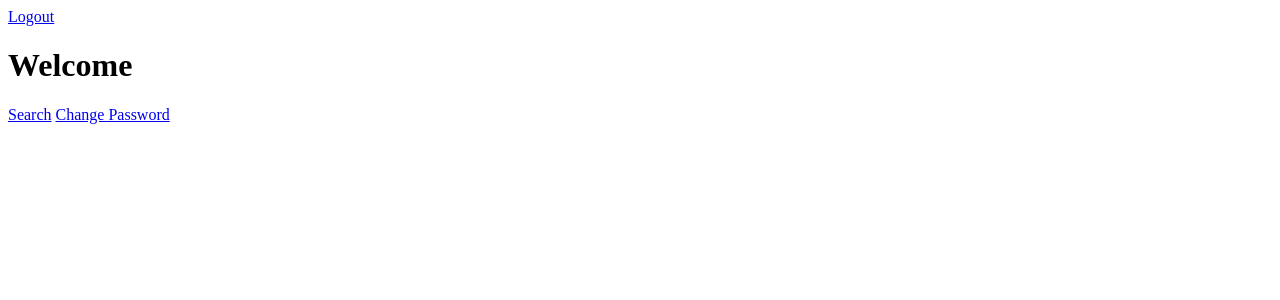
Repository: abhinavk718/servlet-project
Page: http://localhost/empwebapp/home.jsp
The author's editor kept a copy of each file at every save. The page is drawn from the files as they stood at one save, then again after the next save.
The browser window is 1280 px wide. The pictures show the whole page.
The page is served by Tomcat 9. Other server files are loaded and not shown.

Above is the page before, as saved 2019-11-18 11:57:59.

### empwebapp/WebContent/home.jsp
<%@ page language="java" contentType="text/html; charset=ISO-8859-1"
    pageEncoding="ISO-8859-1"%>
    <jsp:useBean id="info" class="com.empwebapp.dto.EmployeeInfo" scope="session"></jsp:useBean>
<!DOCTYPE html>
<html>
<head>
<meta charset="ISO-8859-1">
<title>Insert title here</title>
</head>
<body>
    <a href='./logout'>Logout</a>
    <h1>Welcome</h1>
    <a href='./search.html'>Search</a>
    <a href='./changepassword.html'>Change Password</a>
</body>
</html>

### empwebapp/src/com/empwebapp/dto/EmployeeInfo.java
package com.empwebapp.dto;

import lombok.Data;

@Data
public class EmployeeInfo {
   private int id;
   private String name;
   private String email;
   private String password;
}

After the next save:
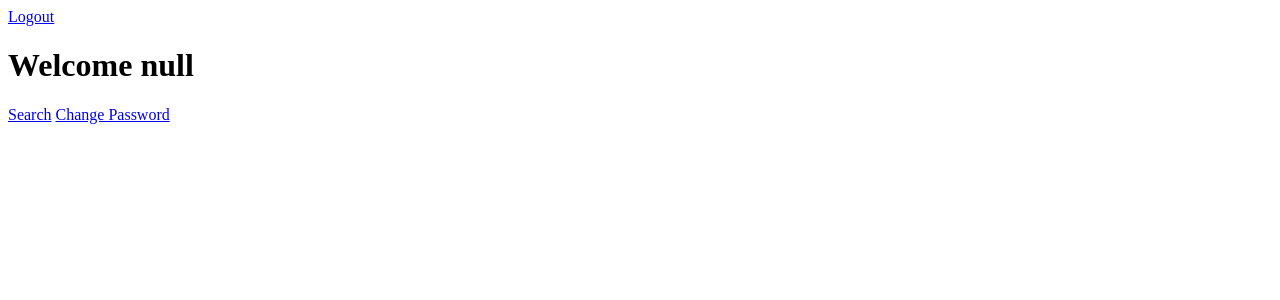
Saved 111 s later.
--- a/empwebapp/WebContent/home.jsp
+++ b/empwebapp/WebContent/home.jsp
@@ -9,7 +9,7 @@
 </head>
 <body>
     <a href='./logout'>Logout</a>
-    <h1>Welcome</h1>
+    <h1>Welcome <%=info.getName()%></h1>
     <a href='./search.html'>Search</a>
     <a href='./changepassword.html'>Change Password</a>
 </body>
